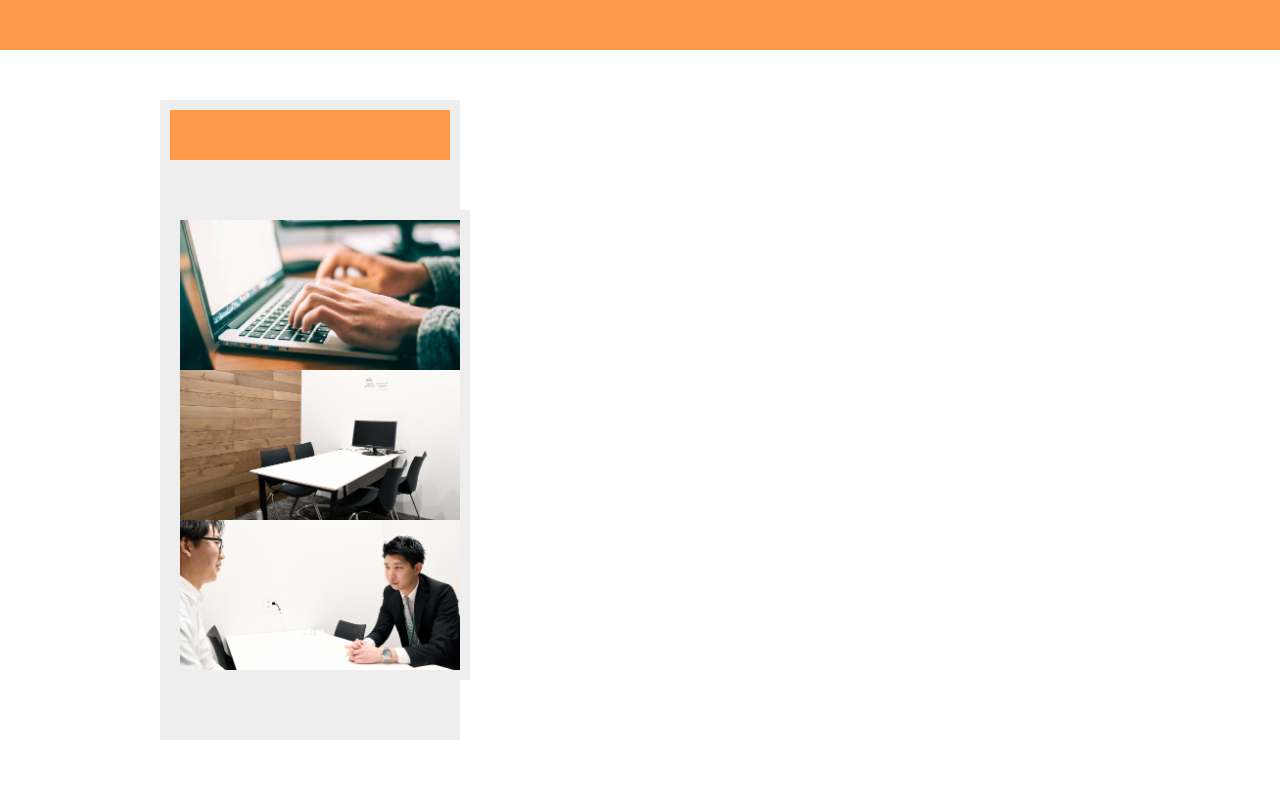
Repository: Tyubyasa/abc
Page: chapter9-2/chapter9-2.html
The author's editor kept a record of every edit. The page is drawn from the files as they stood at one moment, then again after the next edit.
The browser window is 1280 px wide. The pictures show the whole page.

Above is the page before.

### chapter9-2/chapter9-2.html
<!DOCTYPE html>
<html lang="ja">
  <head>
    <meta charset="UTF-8" />
    <!-- CSSファイルの読み込み -->
    <link rel="stylesheet" href="chapter9-2.css" />
    <title>chapter9-2</title>
 </head>

     <!-- header -->
    <header>
      <h1 class="heading">
        <a href="chapter9-2.html">
        </a>
      </h1>
    </header>
    <!-- main用のdiv -->
    <main>
<section class="step-box">
 <body>
        <!-- header -->
    <header>
      <h1 class="heading">
        <a href="chapter9-2.html">
        </a>
      </h1>
    </header>
    <!-- main用のdiv -->
    <main>
<section class="step-box">
<div class="step-img1"></div>
<div class="step-img2"></div>
<div class="step-img3"></div>
</body>
</section>
</main>
</html>

### chapter9-2/chapter9-2.css
* {
  box-sizing: border-box;
  margin: 0;
  padding: 0;
}

header {
  height: 50px;
  background-color: #ff9a4b;
}

main {
  width: 960px;
  margin: 50px auto;
  display: flex;
}

.step-box {
  width: 300px;
  margin-right: 30px;
  padding: 10px;
  position: relative;
  background-color: #eee;
}

.step-box:last-child {
  margin-right: 0;
}

.step-img1 {
  height: 150px;
  background-image: url(img/flow01.png);
  background-position: bottom;
  background-size: cover;
}

.step-img2 {
  height: 150px;
  background-image: url(img/flow02.png);
  background-position: bottom;
  background-size: cover;
}

.step-img3 {
  height: 150px;
  background-image: url(img/flow03.png);
  background-position: bottom;
  background-size: cover;
}

.step-num {
  position: absolute;
  top: 0;
  left: 0;
  background-color: #ff9a4b;
  color: #fff;
}

.title {
  margin: 15px 0 5px;
}

footer {
  height: 50px;
  background-color: #aaa;
}

@media screen and (max-width: 768px) {
main {
  width: 100%;
  display: block;
}
stepbox{
  width: 90%;
  padding: 20px;
}
}

After the next edit:
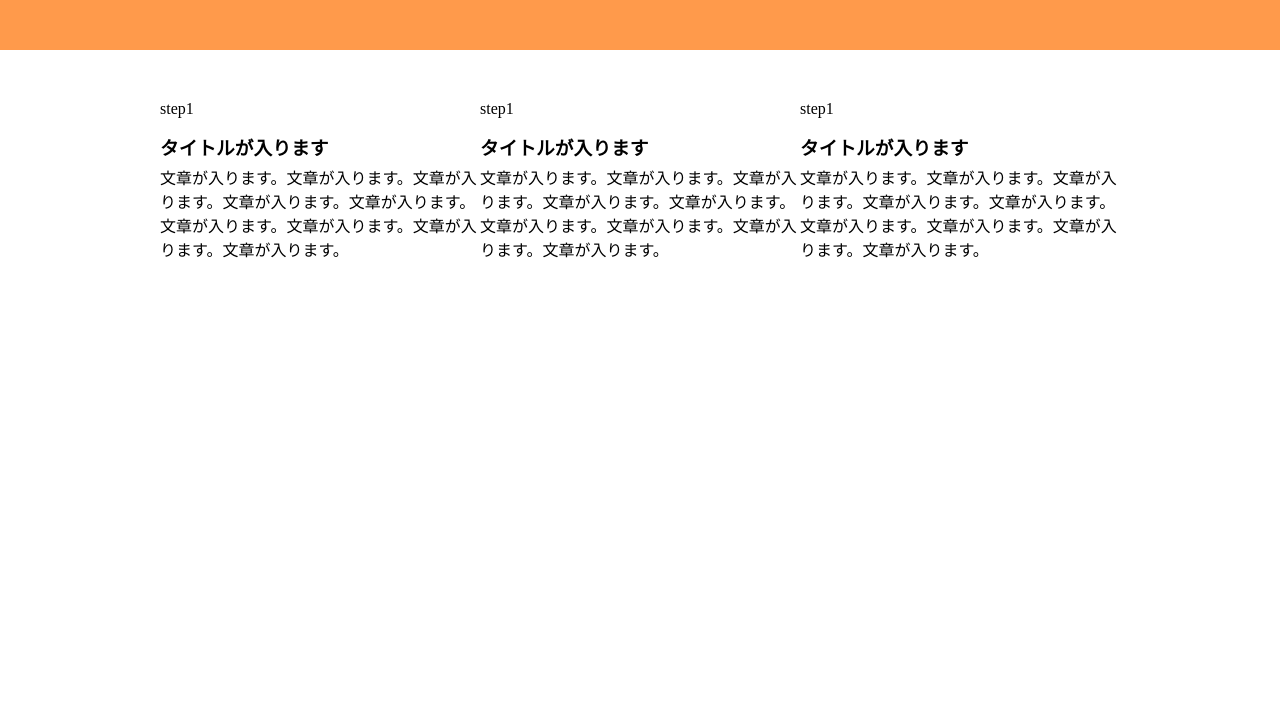
The edit:
--- a/chapter9-2/chapter9-2.html
+++ b/chapter9-2/chapter9-2.html
@@ -7,30 +7,40 @@
     <title>chapter9-2</title>
  </head>
 
-     <!-- header -->
+ <body>
+        <!-- header -->
     <header>
-      <h1 class="heading">
-        <a href="chapter9-2.html">
-        </a>
-      </h1>
+
     </header>
     <!-- main用のdiv -->
     <main>
-<section class="step-box">
- <body>
-        <!-- header -->
-    <header>
-      <h1 class="heading">
-        <a href="chapter9-2.html">
-        </a>
-      </h1>
-    </header>
-    <!-- main用のdiv -->
-    <main>
-<section class="step-box">
-<div class="step-img1"></div>
-<div class="step-img2"></div>
-<div class="step-img3"></div>
+      <div class="container">
+        <div class="step">step1</div>
+        <div class="content">
+
+          <div class="image1"></div>
+          <h3 class="title">タイトルが入ります</h3>
+          <p>文章が入ります。文章が入ります。文章が入ります。文章が入ります。文章が入ります。文章が入ります。文章が入ります。文章が入ります。文章が入ります。</p>
+        </div>
+      </div>
+      <div class="container">
+        <div class="step">step1</div>
+        <div class="content">
+
+          <div class="image1"></div>
+          <h3 class="title">タイトルが入ります</h3>
+          <p>文章が入ります。文章が入ります。文章が入ります。文章が入ります。文章が入ります。文章が入ります。文章が入ります。文章が入ります。文章が入ります。</p>
+        </div>
+      </div>
+      <div class="container">
+        <div class="step">step1</div>
+        <div class="content">
+
+          <div class="image1"></div>
+          <h3 class="title">タイトルが入ります</h3>
+          <p>文章が入ります。文章が入ります。文章が入ります。文章が入ります。文章が入ります。文章が入ります。文章が入ります。文章が入ります。文章が入ります。</p>
+        </div>
+      </div>
 </body>
 </section>
 </main>
